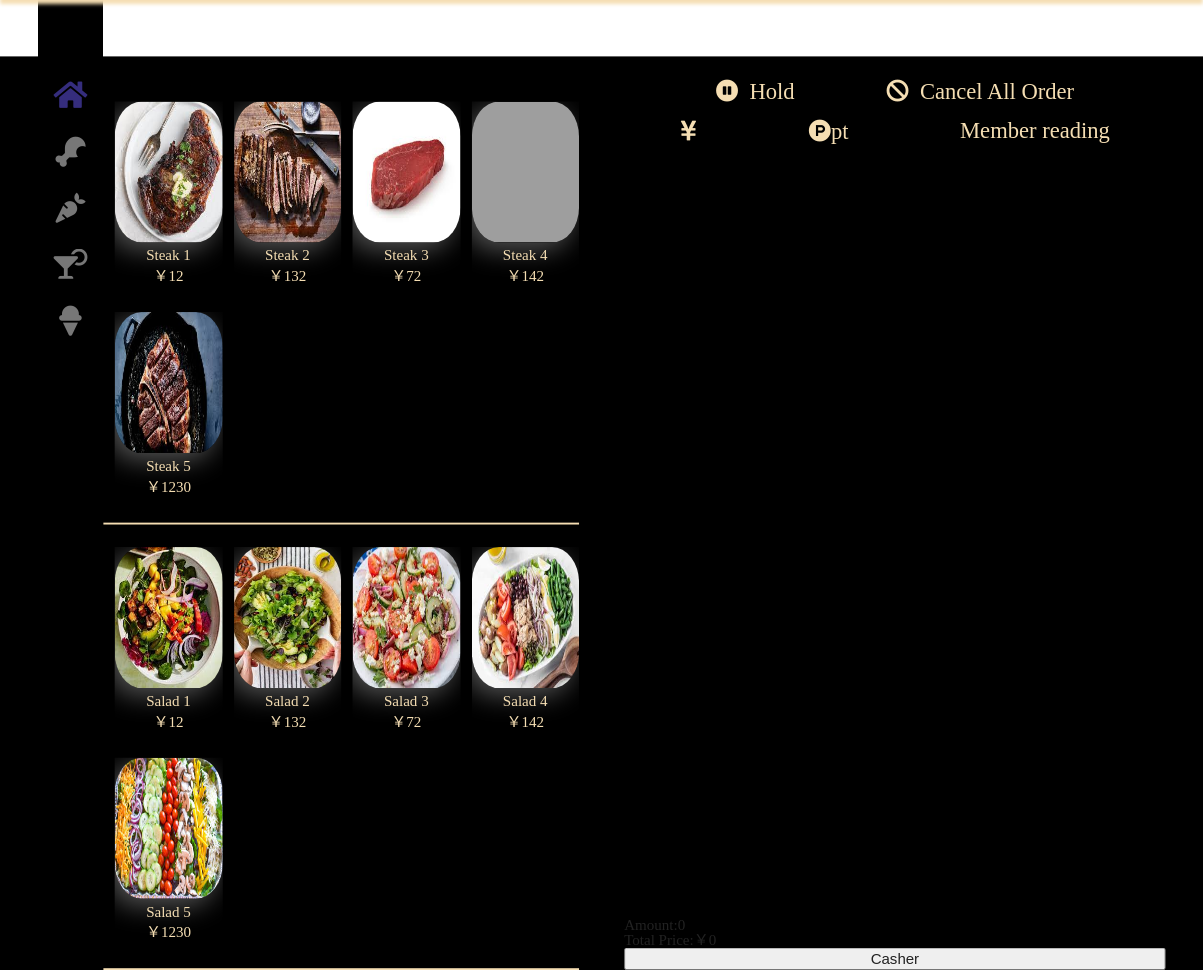
Repository: vuhungson158/Menu
Page: /
The author's editor kept a copy of each file at every save. The page is drawn from the files as they stood at one save, then again after the next save.
The browser window is 1280 px wide. The pictures show the whole page, at 94% of full size.
Pictures or frames that could not be fetched are drawn as grey boxes. The project was rebuilt for these pictures with package versions that can differ from the ones it lists, and the page was loaded fresh each time. Also part of the build but not shown: src/component/mainMenu/orderBlock/orderContent/OrderedItem.jsx, src/redux-store/actions/HoldActions.jsx, src/component/mainMenu/orderBlock/utilities/HoldItem.jsx.

Above is the page before, as saved 2021-08-22 10:20:37.

After the next save:
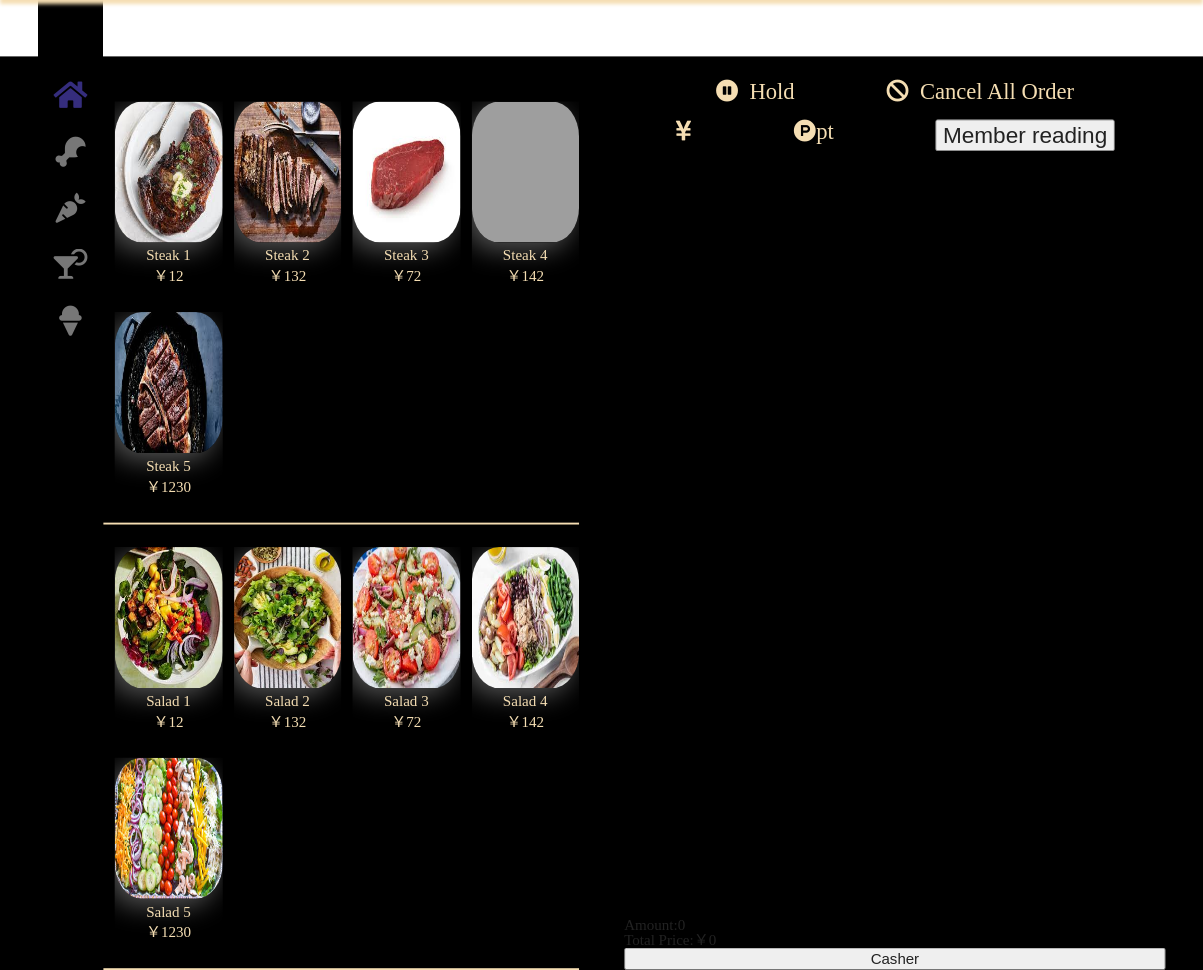
Saved 9 s later.
--- a/src/component/mainMenu/orderBlock/MemberInfo.jsx
+++ b/src/component/mainMenu/orderBlock/MemberInfo.jsx
@@ -11,9 +11,9 @@ const MemberInfo = () => {
                 <i className="fab fa-product-hunt"></i>
                 <span>pt</span>
             </div>
-            <div className="member-reading">
+            <button className="member-reading">
                 Member reading
-            </div>
+            </button>
         </div>
     )
 }
